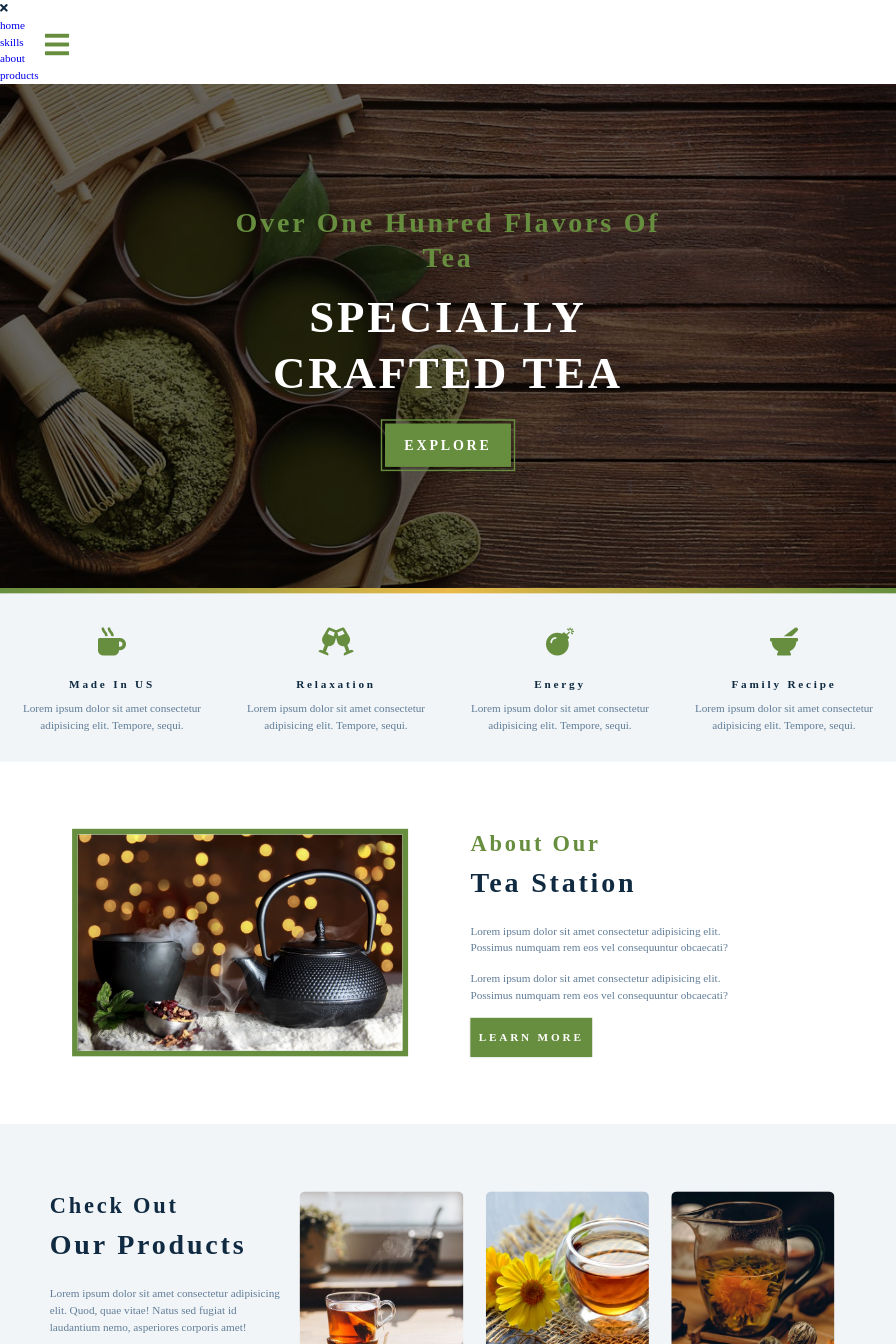
Repository: Ndifoinhilary/building_tea_site
Page: index.html
These files come from the project's save history. The page is drawn as it stood at one moment and after the next save; the edit follows.
The browser window is 1280 px wide. The pictures show the part of the page from y = 0 to 1920 px (the page is 3780 px tall before and 3660 px after), at 70% of full size.
Backgrounds fixed to the window are drawn as part of the page. Some web fonts or font styles are not loaded; a fallback is used.

Above is the page before, as saved 2024-01-06 18:25:44.

### index.html
<!DOCTYPE html>
<html lang="en">

<head>
  <meta charset="UTF-8" />
  <meta name="viewport" content="width=device-width, initial-scale=1.0" />
  <meta http-equiv="X-UA-Compatible" content="ie=edge" />
  <title>Tea Station || Home</title>
  <!-- font-awesome -->
  <link rel="stylesheet" href="./fontawesome-free-5.7.2-web/css/all.css" />
  <!-- custom css -->
  <link rel="stylesheet" href="./css/styles.css" />
</head>

<body>
  <!-- nav button -->
  <span class="nav-btn" id="nav-btn">
    <i class="fas fa-bars"></i>
  </span>
  <!-- nav -->
  <nav class="navbar" id="navbar">
    <div class="navbar-header">
      <span class="nav-close" id="nav-close">
        <i class="fas fa-times"></i>
      </span>
    </div>
    <ul class="nav-items">
      <li><a href="index.html" class="nav-link">home</a></li>
      <li><a href="skills.html" class="nav-link">skills</a></li>
      <li><a href="about.html" class="nav-link">about</a></li>
      <li><a href="products.html" class="nav-link">products</a></li>
    </ul>
  </nav>
  <!-- header -->
  <header class="header">
    <div class="banner">
      <h2 class="banner-subtitle">Over one hunred flavors of tea</h2>
      <h1 class="banner-title">specially crafted tea</h1>
      <a href="skills.html" class=" btn banner-btn">explore</a>
    </div>
  </header>

  <div class="content-divider"></div>





  <!-- skills section -->
  <section class="skills clearfix">
    <!-- single skill -->
    <article class="skill">
      <span class="skill-icon">
        <i class="fas fa-mug-hot"></i>
      </span>
      <h4 class="skill-title">made in US</h4>
      <!-- ten words -->
      <p class="skill-text">
        Lorem ipsum dolor sit amet consectetur adipisicing elit. Tempore,
        sequi.
      </p>
    </article>
    <!-- end of single skill -->
    <!-- single skill -->
    <article class="skill">
      <span class="skill-icon">
        <i class="fas fa-glass-cheers"></i>
      </span>
      <h4 class="skill-title">relaxation</h4>
      <!-- ten words -->
      <p class="skill-text">
        Lorem ipsum dolor sit amet consectetur adipisicing elit. Tempore,
        sequi.
      </p>
    </article>
    <!-- end of single skill -->
    <!-- single skill -->
    <article class="skill">
      <span class="skill-icon">
        <i class="fas fa-bomb"></i>
      </span>
      <h4 class="skill-title">energy</h4>
      <!-- ten words -->
      <p class="skill-text">
        Lorem ipsum dolor sit amet consectetur adipisicing elit. Tempore,
        sequi.
      </p>
    </article>
    <!-- end of single skill -->
    <!-- single skill -->
    <article class="skill">
      <span class="skill-icon">
        <i class="fas fa-mortar-pestle"></i>
      </span>
      <h4 class="skill-title">family recipe</h4>
      <!-- ten words -->
      <p class="skill-text">
        Lorem ipsum dolor sit amet consectetur adipisicing elit. Tempore,
        sequi.
      </p>
    </article>
    <!-- end of single skill -->
  </section>
  <!--end of skills section -->




  <!-- about -->
  <section class="about">

    <div class="section-center clearfix">

      <article class="about-img">
        <div class="about-picture-container">
          <img src="./images/about-bcg.jpeg" alt="tea kettle" class="about-picture" />
        </div>
      </article>

      <article class="about-info">
        <!-- section title -->
        <div class="section-title">
          <h3 class="section-subtitle">about our</h3>
          <h2 class="section-title">tea station</h2>
        </div>
        <!-- section title -->
        <p class="about-text">
          Lorem ipsum dolor sit amet consectetur adipisicing elit. Possimus
          numquam rem eos vel consequuntur obcaecati?
        </p>
        <p class="about-text">
          Lorem ipsum dolor sit amet consectetur adipisicing elit. Possimus
          numquam rem eos vel consequuntur obcaecati?
        </p>
        <a href="about.html" class="btn">learn more</a>
      </article>
    </div>
  </section>
  <!-- end of about -->





  <!-- products -->
  <section class="products">
    <div class="section-center clearfix">
      <!-- products info  -->
      <article class="products-info">
        <!-- title -->
        <div>
          <h3 class="section-subtitle">check out</h3>
          <h2 class="section-title text-white">our products</h2>
        </div>
        <!-- end of title -->
        <p class="product-text">
          Lorem ipsum dolor sit amet consectetur adipisicing elit. Quod, quae
          vitae! Natus sed fugiat id laudantium nemo, asperiores corporis
          amet!
        </p>
        <a href="products.html" class="btn">inventory</a>
      </article>
      <!-- end of products info -->

      <!-- products inventory -->
      <article class="products-inventory clearfix">
        <!-- single product -->
        <div class="product">
          <img src="./images/product-1.jpeg" alt="single product" class="product-img" />
          <h4 class="product-title">product title</h4>
          <h4 class="product-price">$6.99</h4>
        </div>
        <!--end of single product -->
        <!-- single product -->
        <div class="product">
          <img src="./images/product-2.jpeg" alt="single product" class="product-img" />
          <h4 class="product-title">product title</h4>
          <h4 class="product-price">$6.99</h4>
        </div>
        <!--end of single product -->
        <!-- single product -->
        <div class="product">
          <img src="./images/product-3.jpeg" alt="single product" class="product-img" />
          <h4 class="product-title">product title</h4>
          <h4 class="product-price">$6.99</h4>
        </div>
        <!--end of single product -->
      </article>
      <!--end of  products inventory -->
    </div>
  </section>


  <!-- end of  products -->

<!-- Services section -->
<section class="services">
    <!-- section title -->
    <div class="section-title services-title">
      <h3 class="section-subtitle">explore</h3>
      <h2 class="section-title">Our services</h2>
    </div>
    <!-- section title -->

    <div class="section-center clearfix">
      <!-- single card -->
      <article class="service-card">
        <div class="service-img-container">
          <img src="./images/product-1.jpeg" class="service-img" alt="signle service">
          <span class="service-icon"><i class="fas fa-mortar-pestle fa-fw"></i></span>
        </div>
        <div class="service-info">
          <h4>Custom recipes</h4>
          <p>Lorem ipsum dolor sit amet consectetur adipisicing elit. Veritatis quisquam placeat, reprehenderit repellat quasi cum.</p>
          <a href="products.html" class="btn service-btn">read more</a>
        </div>
      </article>

      <article class="service-card">
        <div class="service-img-container">
          <img src="./images/product-2.jpeg" class="service-img" alt="signle service">
          <span class="service-icon"><i class="fas fa-home fa-fw"></i></span>
        </div>
        <div class="service-info">
          <h4>Home delivery</h4>
          <p>Lorem ipsum dolor sit amet consectetur adipisicing elit. Veritatis quisquam placeat, reprehenderit repellat quasi cum.</p>
          <a href="products.html" class="btn service-btn">read more</a>
        </div>
      </article>
      <article class="service-card">
        <div class="service-img-container">
          <img src="./images/product-3.jpeg" class="service-img" alt="signle service">
          <span class="service-icon"><i class="fas fa-mug-hot fa-fw"></i></span>
        </div>
        <div class="service-info">
          <h4>tea </h4>
          <p>Lorem ipsum dolor sit amet consectetur adipisicing elit. Veritatis quisquam placeat, reprehenderit repellat quasi cum.</p>
          <a href="products.html" class="btn service-btn">read more</a>
        </div>
      </article>
      <!--  end single card -->
    </div>
    <!-- service infor -->

    <!-- End service infor -->
</section>
<!-- End of service section -->


  <!-- contact -->
  <section class="contact">
    <div class="section-center clearfix">
      <!-- contact info -->
      <article class="contact-info">
        <!-- contact item -->
        <div class="contact-item">
          <!-- contact text -->
          <h4 class="contact-title">
            <span class="contact-icon">
              <i class="fas fa-location-arrow"></i> </span>address
          </h4>
          <h4 class="contact-text">
            523 N Fairfax Ave, Los Angeles, CA 90048
          </h4>
        </div>
        <!-- end of contact item -->
        <!-- contact item -->
        <div class="contact-item">
          <!-- contact text -->
          <h4 class="contact-title">
            <span class="contact-icon"> <i class="fas fa-envelope"></i> </span>email
          </h4>
          <h4 class="contact-text">email@email.com</h4>
        </div>
        <!-- end of contact item -->

        <!-- contact item -->
        <div class="contact-item">
          <!-- contact text -->
          <h4 class="contact-title">
            <span class="contact-icon">
              <i class="fas fa-phone"></i> </span>telephone
          </h4>
          <h4 class="contact-text">+ 123 456 789</h4>
        </div>
        <!-- end of contact item -->
      </article>
      <article class="contact-form">
        <h3>contact us</h3>
       <form action="">
        <div class="form-group">
          <input type="text" name="name" id="" placeholder="enter your name" class="form-control">
          <input type="email" name="email" id="" placeholder="enter your email" class="form-control">
          <textarea name="message" id="" rows="5" placeholder="message" class="form-control"></textarea>
        </div>
        <button type="submit" class="submit-btn btn">submit</button>
       </form>
      </article>
      <!-- end of contact info -->
    </div>
  </section>




  <!-- end o fcontact -->
  <footer class="footer">
    <div class="section-center">
      <div class="social-icons">
        <!-- social icon -->
        <a href="#" class="social-icon">
          <i class="fab fa-facebook"></i>
        </a>
        <!-- end of social icon -->
        <!-- social icon -->
        <a href="#" class="social-icon">
          <i class="fab fa-twitter"></i>
        </a>
        <!-- end of social icon -->
        <!-- social icon -->
        <a href="#" class="social-icon">
          <i class="fab fa-instagram"></i>
        </a>
        <!-- end of social icon -->
      </div>
    <h4 class="footer-text">
      &copy; <sapn id="date" ></sapn>
      <span class="company">tea station</span>
      all rights reserved
    </h4>
    </div>
  </footer>



  <script src="app.js"></script>
</body>

</html>

### css/styles.css
@import url("https://fonts.googleapis.com/css?family=Catamaran:400,700|Grand+Hotel");

* {
  margin: 0;
  padding: 0;
  box-sizing: border-box;
}

/*================
Global variables
===================
*/

:root{
  --clr-primary:#678e3e;
  --clr-primary-light:#beed8c;
  --clr-grey-1:#102a42;
  --clr-grey-5:#617d98;
  --clr-grey-10:#f1f5f8;
  --clr-white:#fff;
  --ff-primary:"Catamaran",sans-serif;
  --ff-secondary:"Grand Hotel", cursive;
  --transition: all 0.3s linear ;
  --spacing:0.25rem;
  --radius:0.5rem;
}


body{
  font-family: var(--clr-primary);
  background: var(--clr-white);
  color: var(--clr-grey-1);
  line-height: 1.5;
  font-size: 0.875rem;
}

a{
  text-decoration: none;
}

img{
  width: 100%;
  display: block;
}
h1,h2,h3,h4{
  letter-spacing: var(--spacing);
  text-transform: capitalize;
  line-height: 1.25;
  margin-bottom: 0.75rem;
}

h1{
  font-size: 3rem;
}
h2{
  font-size: 2rem;
}
h3{
  font-size: 1.5rem;
}
h4{
  font-size: 0.875rem;
}

p{
  margin-bottom: 1.25rem;
}
@media screen and (min-width:800px) {
  h1{
    font-size: 4rem;
  }
  h2{
    font-size: 2.5rem;
  }
  h3{
    font-size: 2rem;
  }
  h4{
    font-size: 1rem;
  }
  body{
    font-size: 1rem;
  }
  h1,h2,h3,h4{
    line-height: 1.25;

  }
}
/*
more css
 */

 .btn{
  text-transform: uppercase;
  background: var(--clr-primary);
  color: var(--clr-white);
  padding: 1rem 0.75rem;
  letter-spacing: var(--spacing);
  display: inline-block;
  font-weight:700 ;
  transition: var(--transition);
  font-size: 1rem;
  border: none;
  cursor: pointer;
  box-shadow: 0 1px 3px rgba(0, 0, 0,0.2);
 }
.btn:hover {
  color: var(--ff-primary);
  background: var(--clr-primary-light);
}
.clearfix::after , .clearfix::before{
  content: "";
  clear: both;
  display: table;
}
.section-title h3{
font-family: var(--ff-secondary);
color: var(--clr-primary);
}
.section-title{
  margin-bottom: 2rem;
}
.section-center{
  padding: 4rem 0;
  width: 85vw;
  margin: 0 auto;
  max-width: 1170px;
}
@media screen and (min-width:992px) {
  .section-center{
    width: 95vw;
    padding: 4rem 1rem;
  }
}
 /*
 header
  */

  .header{
    min-height: 100vh;
    background: linear-gradient(rgba(0, 0, 0,0.6),rgba(0, 0, 0,0.6)) ,url("/images/main-bcg.jpeg") center/cover no-repeat fixed;
    position: relative;
    /* animation */
    overflow-x: hidden;

  }

  .banner{
    text-align: center;
    position: absolute;
    top: 50%;
    left: 50%;
    transform: translate(-50%,-50%);
  }

  .banner h2{
    font-family: var(--ff-secondary);
    color: var(--clr-primary);
    /* animation */
  }

  .banner h1{
    text-transform: uppercase;
    color: var(--clr-white);
    margin-top: 1.25rem;
    margin-bottom: 2rem;
  }

.banner-btn{
  outline: 0.125rem solid var(--clr-primary);
  outline-offset: 0.25rem;
  font-size: 1.25rem;
  padding:1rem 1.75rem ;
}

.content-divider{
height: 0.5rem;
background: linear-gradient(to left, var(--clr-primary), #e9b949, var(--clr-primary));
}

/*
skills section
 */

 .skills{
  background: var(--clr-grey-10);

 }

 .skill{
  text-align: center;
  padding: 2.5rem 0;
  transition: var(--transition);

 }

 .skill-icon{
  font-size: 2.5rem;
  margin-bottom: 1.25rem;
  transition: var(--transition);
  display: inline-block;
  color: var(--clr-primary);

 }
 .skill-text{
  color: var(--clr-grey-5);
  max-width: 17rem;
  margin: 0 auto;
 }
 .skill:hover {
  background: var(--clr-white);
  box-shadow: 0  2px var(--clr-primary);
 }

 .skill:hover .skill-icon{
  transform: translateY(-5px);
 }
 @media screen and (min-width:576px) {
  .skill{
    float: left;
    width: 50%;
  }
 }

 @media screen and (min-width:1200px) {
  .skill{

    width: 25%;
  }
 }

 /*
 About css
  */
.about-img, .about-info{
  padding: 2rem;
}

.about-picture-container{
  color: var(--clr-primary);
  border: 0.5rem solid var(--clr-primary);
  max-width: 30rem;
  overflow: hidden;

}

.about-picture{
  transition: var(--transition);
}

.about-picture-container:hover .about-picture{
opacity: 0.5;
transform: scale(1.2)
}


.about-text{
  max-width: 26rem;
  color: var(--clr-grey-5);
}


@media screen and (min-width:992px) {
  .about-info, .about-img{
    float: left;
    width: 50%;
  }
  .about-info{
    padding-left:2rem ;
  }
}
/*
product section
 */


 .product{
  margin-bottom: 2rem;
 }

.products{
  background: var(--clr-grey-10);

}

.products article{
  padding: 2rem 0;
}
.product-text{
  color: var(--clr-grey-5);
  max-width: 26rem;
}

.product-img{
  border-radius: var(--radius);
  margin-bottom: 2rem;
  height: 17rem;
  object-fit: cover;
}

.product-price{
  color: var(--clr-primary);
}

@media screen and (min-width:768px) {
.product{
  float: left;
  width: 50%;
  padding-left: 2rem;
}

}
@media screen and (min-width:992px) {
.product{
  width: 33.3%;
}

}
@media screen and (min-width:1200px) {
.products-info{
  float: left;
  width: 30%;
}

}
@media screen and (min-width:1200px) {
.products-inventory{
  float: left;
  width: 70%;
}
  .product{
    margin-bottom: 0;
    padding: 0 1rem;
  }
}

/*
services section
 */

.services-title{
  margin-top: 4rem;
  margin-bottom: -4rem;
  text-align: center;
}

.service-card{
  margin: 2rem 0;
  background: var(--clr-grey-10);
  border-radius: var(--radius);
  box-shadow: 0 5px 15px rgba(0, 0, 0,0.1);
  transition: var(--transition);
}
.service-card:hover{
  transform: scale(1.02);
  box-shadow: 0 5px 15px rgba(0, 0, 0,0.2);

}

.service-img{
  height: 17rem;
  object-fit: cover;
  border-top-left-radius: var(--radius);
  border-top-right-radius: var(--radius);
}

.service-info{
  text-align: center;
  padding: 3rem 1rem 2.5rem 1rem;
}

.service-info p {
  max-width: 20rem;
  color: var(--clr-grey-5);
  margin: 0 auto;
}

.service-btn{
  font-size: 0.75rem;
  text-transform: capitalize;
  padding: 0.375rem 0.5rem;
  border-radius: var(--radius);
  font-weight: 400;
  margin-top: 1.25rem;
}

@media screen and (min-width:768px) {
  .service-card{
    float: left;
    width: 45%;
    margin-left: 5%;
  }

}
@media screen and (min-width:992px) {
  .service-card{
    width: 30%;
    margin-left: 3.333%;
  }

}


.service-img-container{
  position:relative;
}

.service-icon{
  position:absolute;
  left: 50%;
  bottom:0;
  font-size:2rem;
  color: var(--clr-primary);
  background: var(--clr-primary-light);
  padding: 0.25rem 0.6rem;
  border-radius: 50%;
  transform: translate(-50%,50%);
  border: 0.25rem solid var(--clr-grey-10);
  -webkit-transform: translate(-50%,50%);
  -moz-transform: translate(-50%,50%);
  -ms-transform: translate(-50%,50%);
  -o-transform: translate(-50%,50%);
}


/*
form section
 */


 .contact{
  background: var(--clr-grey-10);

 }

 .contact-form, .contact-info{
  margin: 1rem 0;
 }

 .contact-item{
  margin-bottom: 1.75rem;
 }

 .contact-title{
  color: var(--clr-primary);
  font-weight: 400;
 }

 .contact-text{
  text-transform: uppercase;
 }

 .contact-form{
  background: var(--clr-white);
  border-radius: var(--radius);
  text-align: center;
  box-shadow: 0 5px 15px rgba(0, 0, 0,0.1);
  transition: var(--transition);
  -webkit-border-radius: var(--radius);
  -moz-border-radius: var(--radius);
  -ms-border-radius: var(--radius);
  -o-border-radius: var(--radius);
  -webkit-transition: var(--transition);
  -moz-transition: var(--transition);
  -ms-transition: var(--transition);
  -o-transition: var(--transition);
  max-width: 35rem;
}

.contact-form:hover{
  box-shadow: 0 5px 15px rgba(0, 0, 0,0.2);

}

.contact-form h3 {
  padding-top: 1.25rem;
  color: var(--clr-grey-5);
}

.form-group{
  padding: 1rem 1.5rem;
}

.form-control{
  display: inline-block;
  width: 100%;
  padding: 0.75rem 1rem;
  border: none;
  margin-bottom: 1.25rem;
  background: var(--clr-grey-10);
  border-radius: var(--radius);
  text-transform: uppercase;
  letter-spacing: var(--spacing);
  -webkit-border-radius: var(--radius);
  -moz-border-radius: var(--radius);
  -ms-border-radius: var(--radius);
  -o-border-radius: var(--radius);
}

.form-control::placeholder{
  font-family: var(--ff-primary);
  color: var(--clr-grey-1);
  text-transform: uppercase;
  letter-spacing: var(--spacing);
}

.submit-btn{
  display: block;
  width: 100%;
  padding: 1rem;
  border-bottom-left-radius: var(--radius);
  border-bottom-right-radius: var(--radius);
}



@media screen and (min-width:992px) {
  .contact-form, .contact-info{
    float: left;
    width: 50%;
  }

}

/*
footer section
 */


 .footer{
  background:#222;
  text-align:center;


 }
 .social-icon{
  color: var(--clr-white);
  font-size: 1.5rem;
  margin-right: 1rem;
  transition: var(--transition);
  -webkit-transition: var(--transition);
  -moz-transition: var(--transition);
  -ms-transition: var(--transition);
  -o-transition: var(--transition);
}

.social-icon:hover{
  color: var(--clr-primary)
}

.footer-text{
  margin-top: 1.25rem;
  text-transform: uppercase;
  color: var(--clr-white);
  font-weight: 400;
}

.company{
  color: var(--clr-primary);
}

/*
nav bar
 */

 .nav-btn{
  position: fixed;
  top: 5%;
  left: 5%;
  font-size: 2.5rem;
  color: var(--clr-primary);
  z-index: 1;
  cursor: pointer;
 }

### app.js
const navBtn = document.getElementById("nav-btn");
const navbar = document.getElementById("navbar");
const navClose = document.getElementById("nav-close");

navBtn.addEventListener("click", () => {
  navbar.classList.add("showNav");
});

navClose.addEventListener("click", () => {
  navbar.classList.remove("showNav");
});

Loaded but not shown: fontawesome-free-5.7.2-web/css/all.css (library)

After the next save:
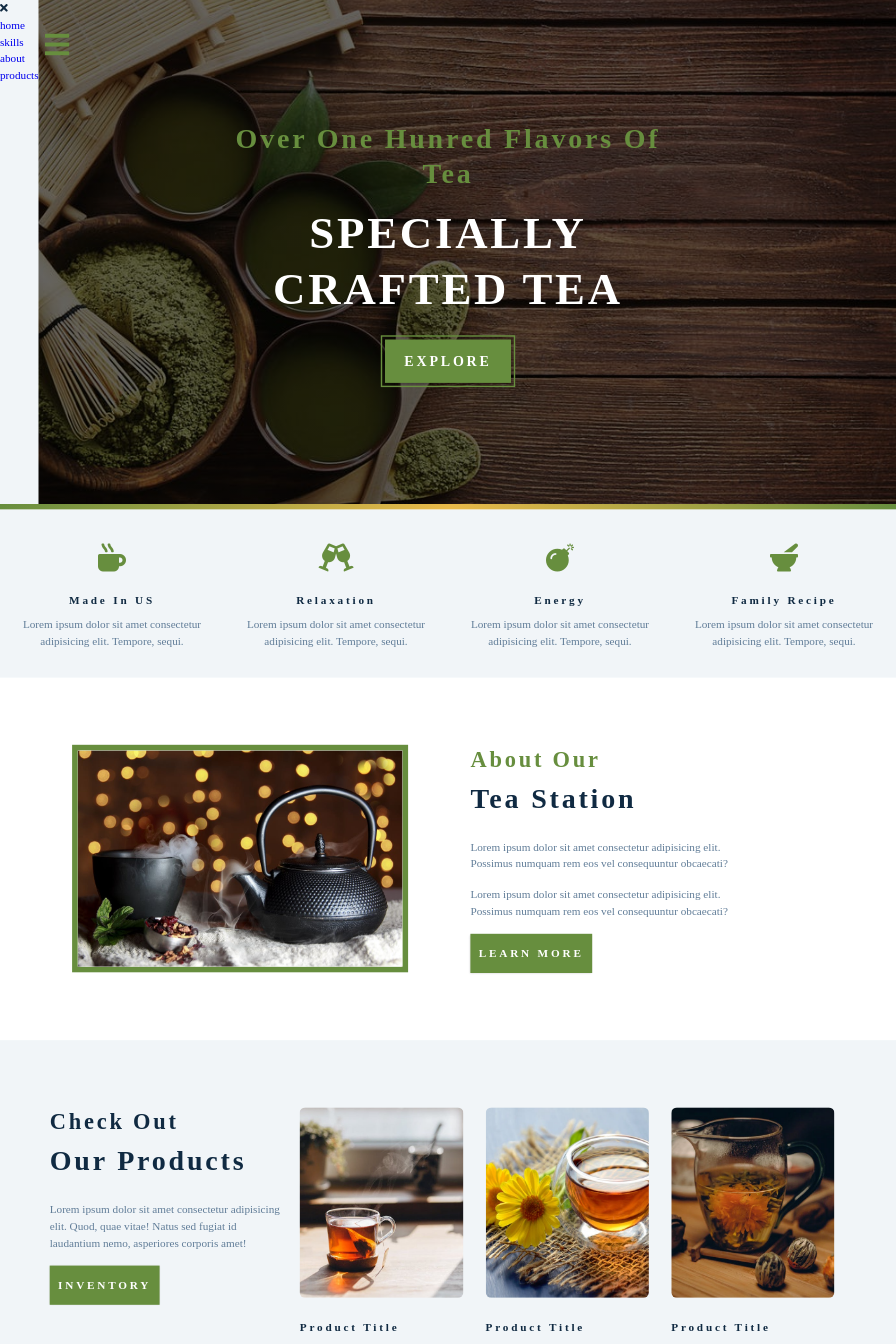
Saved 8 min 36 s later.
--- a/css/styles.css
+++ b/css/styles.css
@@ -572,3 +572,13 @@ nav bar
   z-index: 1;
   cursor: pointer;
  }
+
+
+ .navbar{
+  position: fixed;
+  top: 0;
+  left: 0;
+  bottom: 0;
+  background: var(--clr-grey-10);
+  z-index: 1;
+ }
